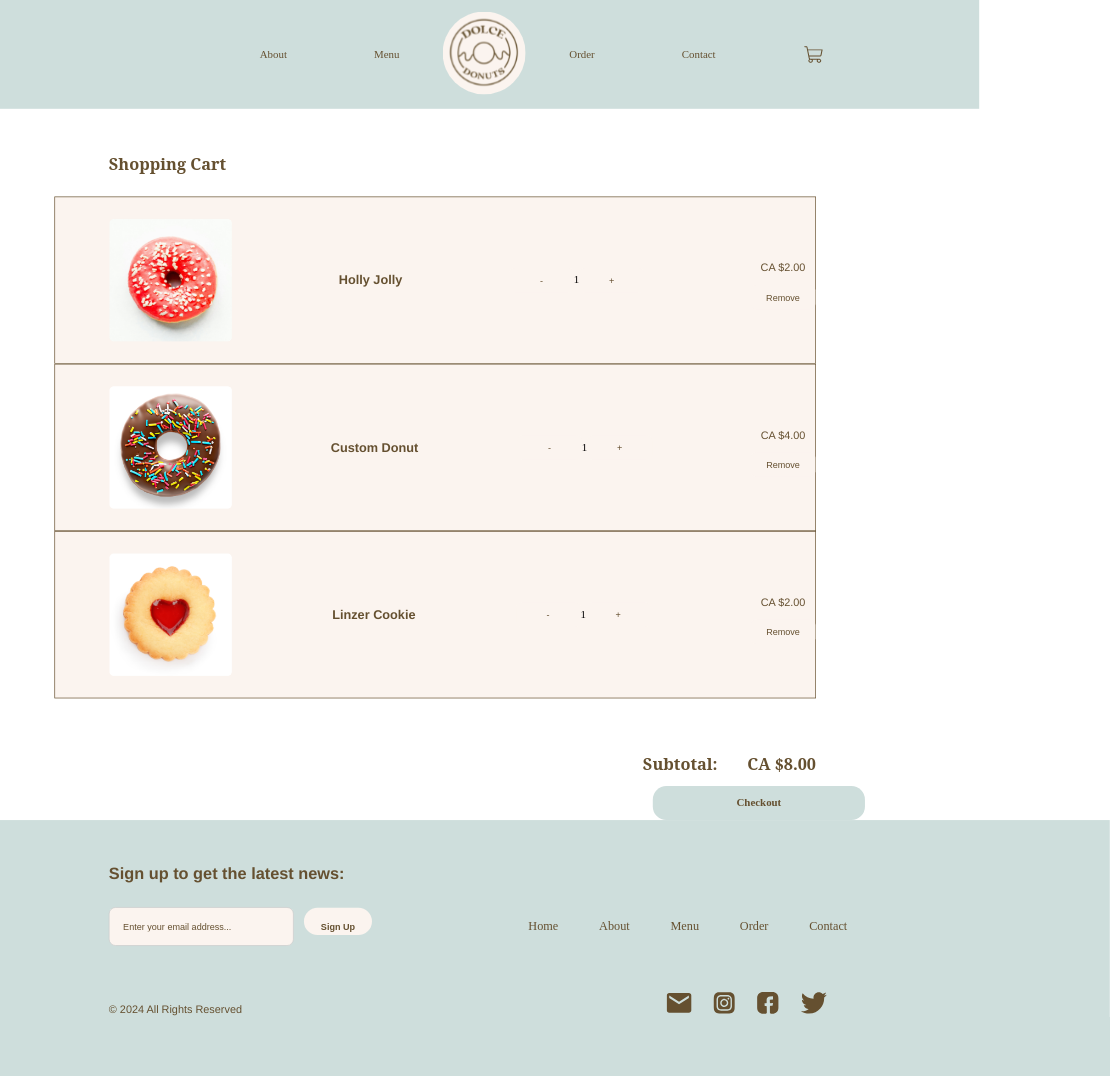
Repository: Crystalhtc/dolcedonuts
Page: /cart
The author's editor kept a copy of each file at every save. The page is drawn from the files as they stood at one save, then again after the next save.
The browser window is 1280 px wide. The page is 1632 px wide, so the pictures cover 1632 px, including what lies to the right of the window. The pictures show the whole page, at 68% of full size.
The project was rebuilt for these pictures with package versions that can differ from the ones it lists, and the page was loaded fresh each time. Also part of the build but not shown: vite.config.js, src/pages/Home.module.css, src/components/ProductCard/ProductCard.jsx, src/Data/products.js, src/pages/Order.css, src/pages/Menu.jsx, src/pages/Order.jsx, src/pages/Contact.module.css and 17 more.

Above is the page before, as saved 2024-10-21 05:49:30.

After the next save:
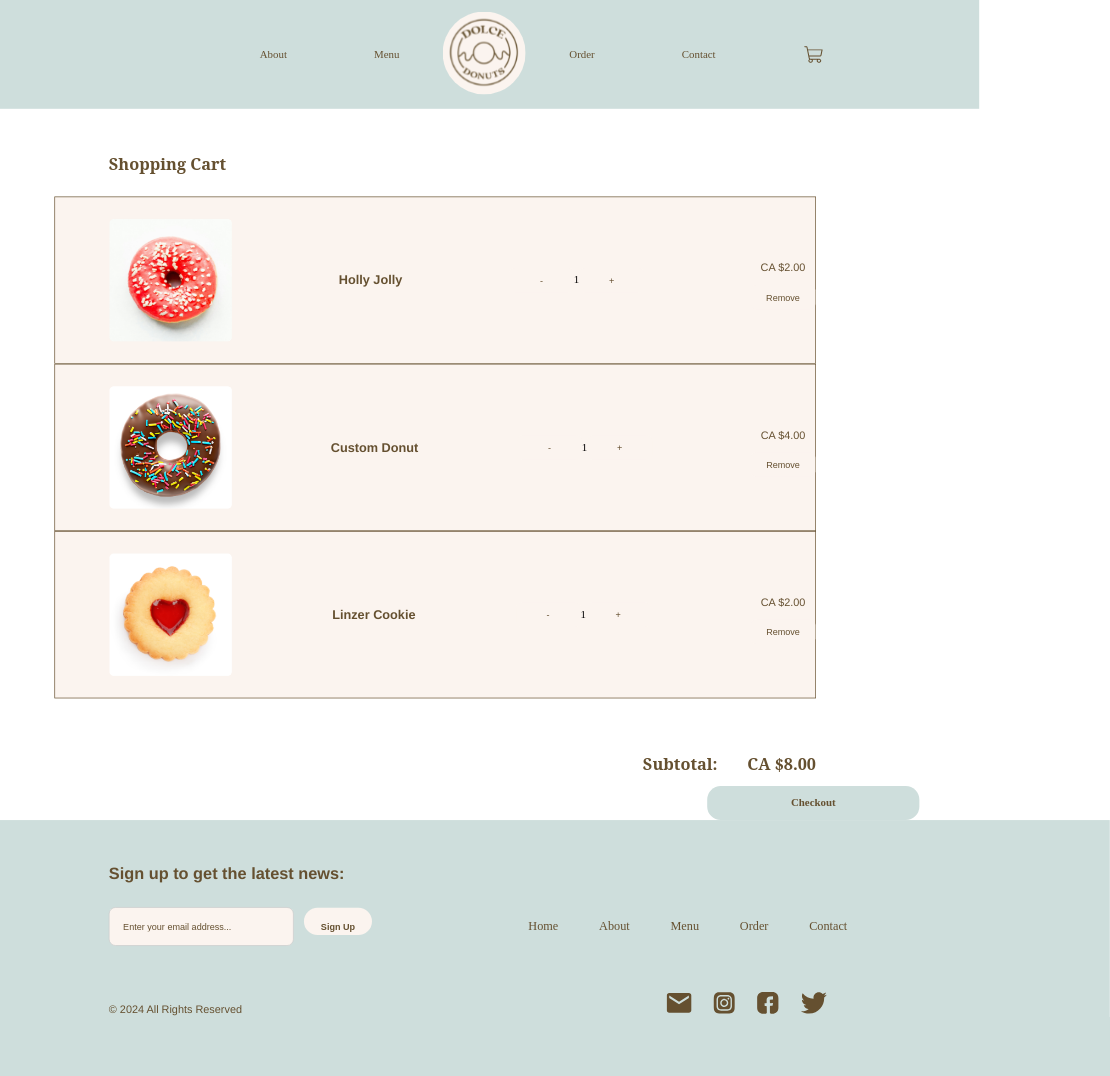
Saved 6 s later.
--- a/src/pages/Cart.module.css
+++ b/src/pages/Cart.module.css
@@ -43,5 +43,5 @@
 }
 
 .checkoutBtn {
-    margin-left: 60rem;
+    margin-left: 65rem;
 }
